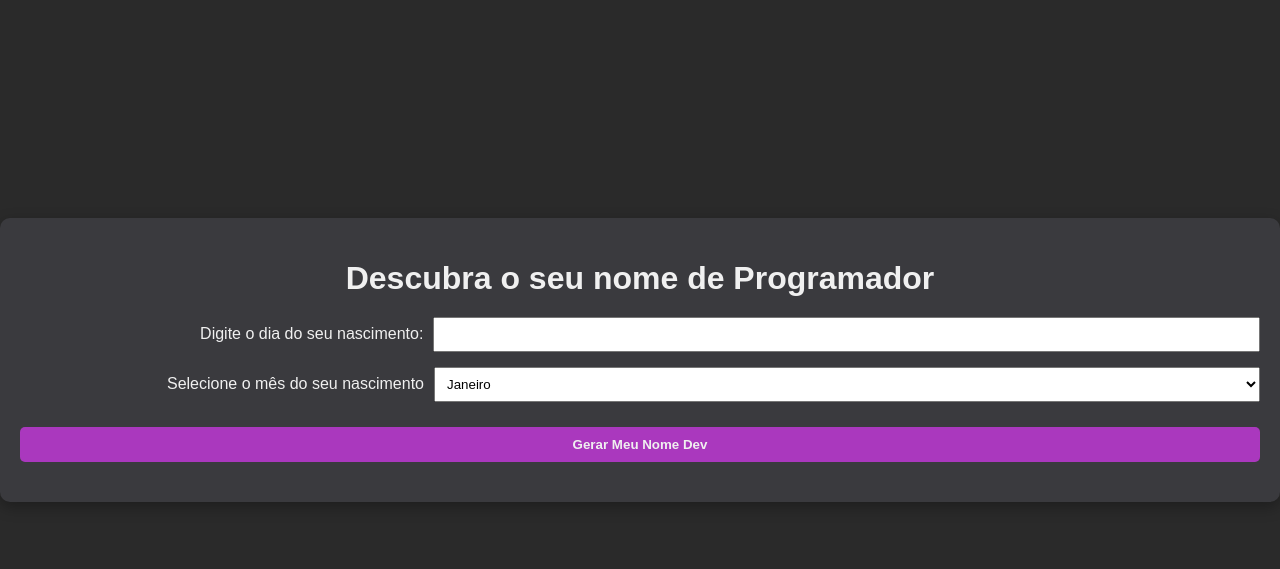
Repository: analessp/seu-nome-dev
Page: index.html
The author's editor kept a copy of each file at every save. The page is drawn from the files as they stood at one save, then again after the next save.
The browser window is 1280 px wide. The pictures show the whole page.

Above is the page before, as saved 2025-05-13 11:38:09.

### index.html
<!DOCTYPE html>
<html lang="pt-BR">
<head>
    <meta charset="UTF-8">
    <meta name="viewport" content="width=device-width, initial-scale=1.0">
    <title>Seu Nome Dev</title>
    <link rel="stylesheet" href="styles.css">
</head>
<body>
    <div class="container">
        <h1>Descubra o seu nome de Programador</h1>
        <div class="form-group">
            <label for="dia">Digite o dia do seu nascimento:</label>
            <input type="number" id="dia" min="1" max="31">
        </div>
        <div class="form-group">
            <label for="mes">Selecione o mês do seu nascimento</label>
            <select id="mes">
                <option value="1">Janeiro</option>
                <option value="2">Fevereiro</option>
                <option value="3">Março</option>
                <option value="4">Abril</option>
                <option value="5">Maio</option>
                <option value="6">Junho</option>
                <option value="7">Julho</option>
                <option value="8">Agosto</option>
                <option value="9">Setembro</option>
                <option value="10">Outubro</option>
                <option value="11">Novembro</option>
                <option value="12">Dezembro</option>
            </select>
        </div>
        <button onclick="gerarNomeDev()">Gerar Meu Nome Dev</button>
        <div class="resultado" id="resultado"></div>
    </div>
    <script src="app.js"></script>
</body>
</html>

### styles.css
body {
    background-color: #2a2a2a;
    color: #f0f0f0;
    font-family: "Nunito", sans-serif;
    display: flex;
    justify-content: center;
    align-items: center;
    height: 100vh;
    margin: 0;
}

.container {
    background-color: #3a3a3e;
    padding: 20px;
    border-radius: 10px;
    box-shadow: 0px 5px 15px rgba(0, 0, 0, 0.3);
    width: 4000px;
}

h1 {
    text-align: center;
    margin-bottom: 20px;
}

.form-group {
    display: flex;
    align-items: center;
    justify-content: space-between;
    margin-bottom: 15px;
}

.form-group label {
    flex: 1;
    margin-right: 10px;
    text-align: right;
}

.form-group input,
.form-group select {
    flex: 2;
    padding: 8px;
    border-radius: 5px
    border: none;
    outline: none;
}

button {
    cursor: pointer;
    width: 100%;
    padding: 10px;
    margin-top: 10px;
    background-color: #aa38be;
    color: #f0f0f0;
    font-weight: bold;
    border: none;
    border-radius: 5px;
    transition: background-color 0.3s;
}

button:hover {
    background-color: #e27cd3;
}

.resultado {
    margin-top: 20px;
    text-align: center;
    font-size: 1.2rem;
    font-weight: bold;
    color: #8b14c7;
}

### app.js
function gerarNomeDev() {
    const dia = parseInt(document.getElementById("dia").value);
    const mes = parseInt(document.getElementById("mes").value);
    const resultado = document.getElementById("resultado");

    if (isNaN(dia) || dia < 1 || dia > 31) {
        resultado.textContent = "Insira um dia válido.";
        return;
    }

    const títulos = {
    1: "Desenvolvedor(a)",
    2: "Desenvolvedor(a)",
    3: "Programador(a)",
    4: "Programador(a)",
    5: "Programador(a)",
    6: "Estagiário(a)",
    7: "Estagiário(a)",
    8: "EEstagiário(a)",
    9: "Sênior",
    0: "Sênior",
};

const meses = {
    1: "bugado(a)",
    2: "do CTRL C, CTRL V",
    3: "das gambiarras",
    4: "que culpa o cache",
    5: "que esquece o que faz",
    6: "do git vazio",
    7: "das try/ catch vazia",
    8: "famosinho do LinkedIn",
    9: "caçador de bugs",
    10: "do Windows Pirata",
    11: "do update sem where",
    12: "do commit bugado",
};

const ultimoDigito = dia % 10;
const titulo = títulos[ultimoDigito];
const mesTexto = meses[mes];

resultado.textContent = `${titulo} ${mesTexto}`;

}

After the next save:
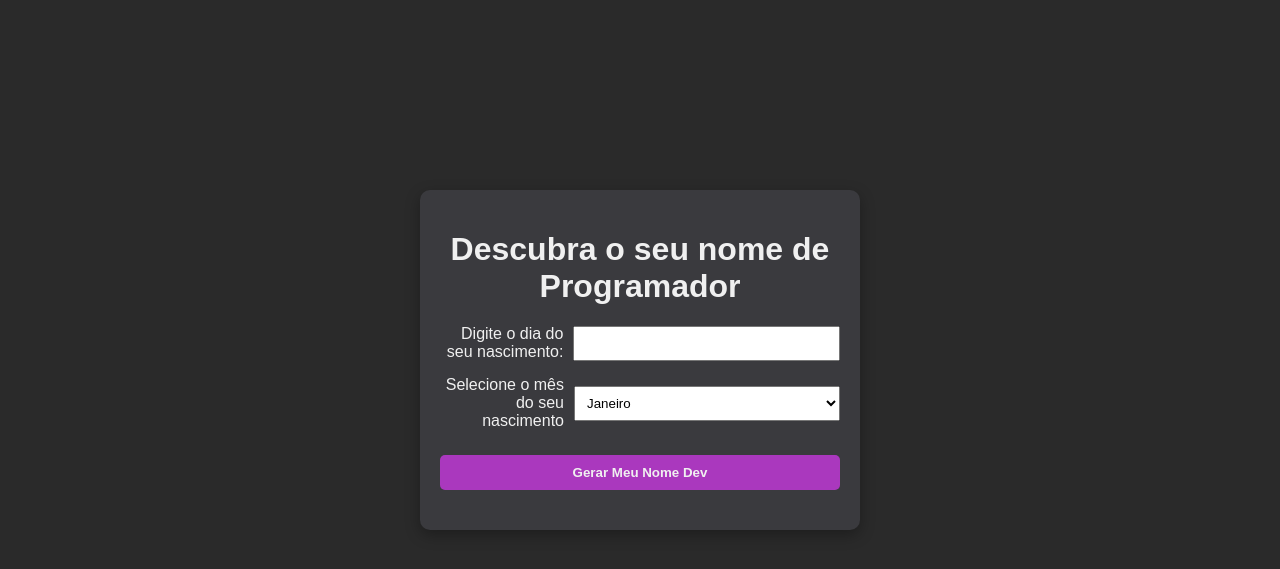
Saved 9 s later.
--- a/styles.css
+++ b/styles.css
@@ -14,7 +14,7 @@ body {
     padding: 20px;
     border-radius: 10px;
     box-shadow: 0px 5px 15px rgba(0, 0, 0, 0.3);
-    width: 4000px;
+    width: 400px;
 }
 
 h1 {
